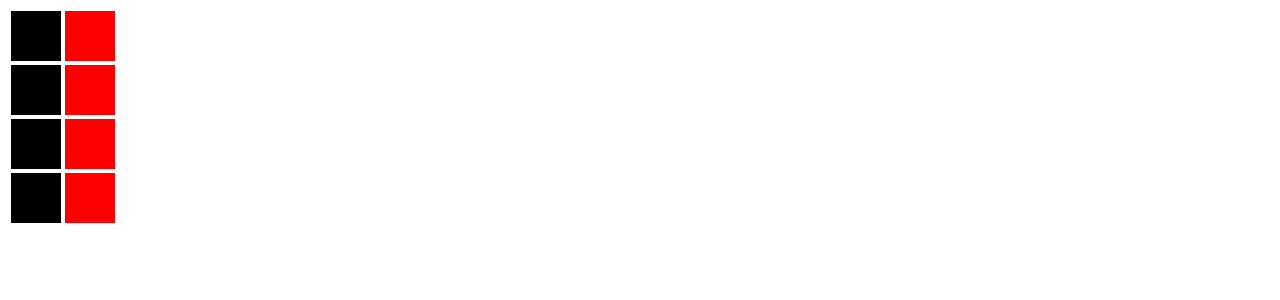
Repository: andrewjknell/JavaSpring
Page: http://localhost/CheckerBoard/NewFile.jsp
These files come from the project's save history. The page is drawn as it stood at one moment and after the next save; the edit follows.
The browser window is 1280 px wide. The pictures show the whole page.
The page is served by Tomcat 9.

Above is the page before, as saved 2019-11-01 23:23:37.

### CheckerBoard/WebContent/NewFile.jsp
<%@ page language="java" contentType="text/html; charset=ISO-8859-1"
    pageEncoding="ISO-8859-1"%>
<!DOCTYPE html>
<html>
<head>
<meta charset="ISO-8859-1">
<link href="style.css" rel="stylesheet"/>
<title>Insert title here</title>
</head>
<body>

	 	<table>
	 		<% for(int red = 0; red < 4; red++){ %>
	 		<tr>
			<% for(int black = 0; black < 5/2; black++){ %>
	 			<% if(black%2 == 0){ %>
	 			<td><div class="black"></div></td>
	 			<% } %>
	 			<% if(black%2 != 0){ %>
	 			<td><div class="red"></div></td>
	 			<% } %>
			<%} %>
	 		</tr>
	 		<%} %>
	 	</table>

</body>
</html>

### CheckerBoard/WebContent/style.css
@charset "ISO-8859-1";
.black{
	height: 50px;
	width: 50px;
	background-color: black;
}
.red{
	height: 50px;
	width: 50px;
	background-color: red;
}

After the next save:
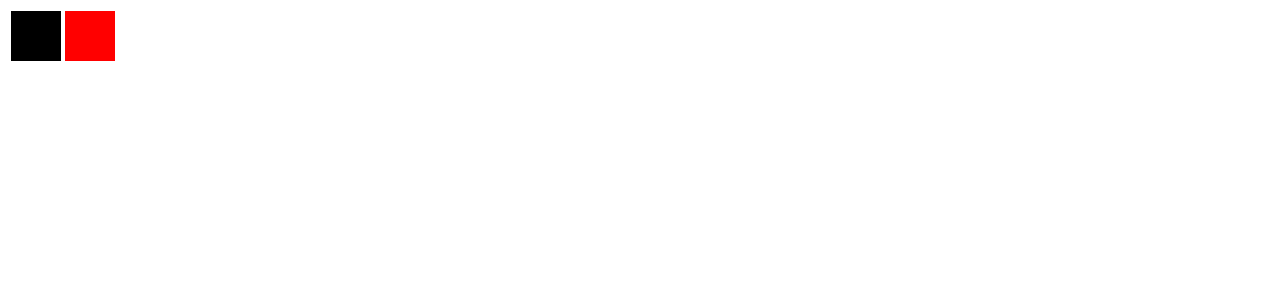
Saved 26 s later.
--- a/CheckerBoard/WebContent/NewFile.jsp
+++ b/CheckerBoard/WebContent/NewFile.jsp
@@ -10,7 +10,7 @@
 <body>
 
 	 	<table>
-	 		<% for(int red = 0; red < 4; red++){ %>
+
 	 		<tr>
 			<% for(int black = 0; black < 5/2; black++){ %>
 	 			<% if(black%2 == 0){ %>
@@ -21,7 +21,7 @@
 	 			<% } %>
 			<%} %>
 	 		</tr>
-	 		<%} %>
+
 	 	</table>
 
 </body>
